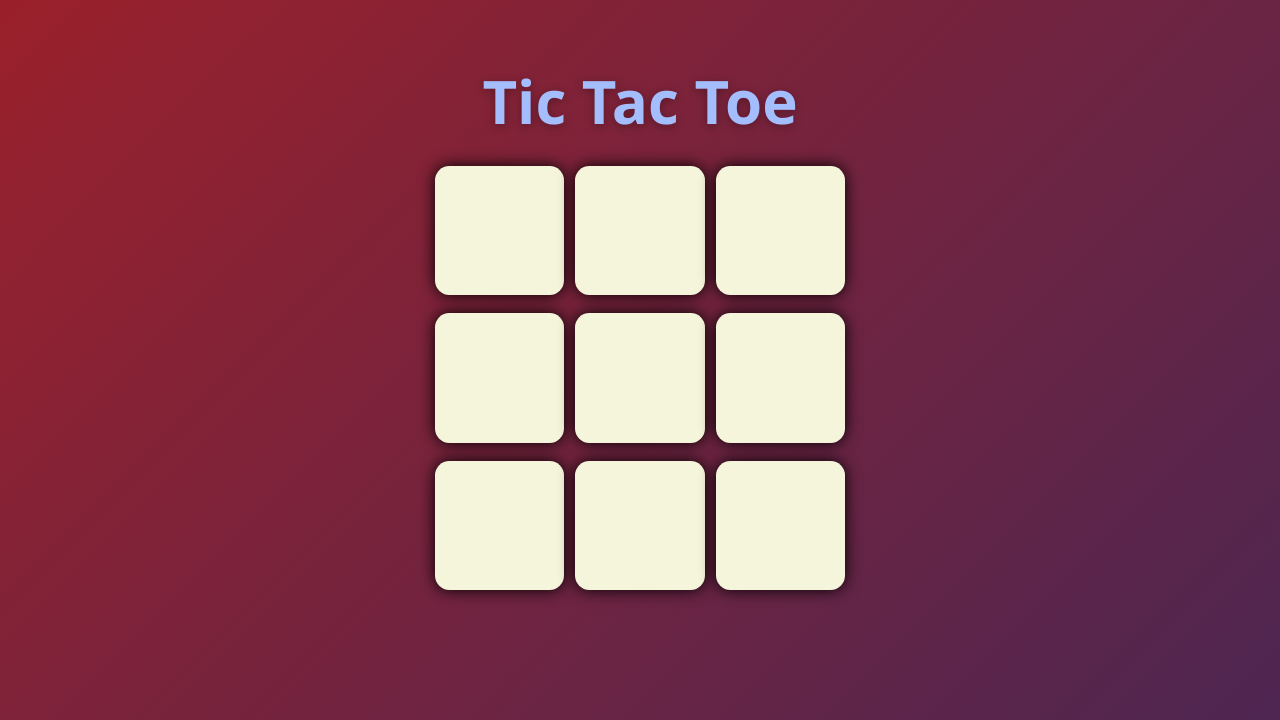
Repository: AreezAnsari/Tic-Tac-Toe
Page: Game/Game.html
An editor plug-in stored every save of this project. The page is shown before and after the next save, followed by the edit.
The browser window is 1280 px wide. The pictures show the whole page.

Above is the page before, as saved 2025-07-22 07:22:07.
Console error: TypeError: box.addEventListener is not a function

### Game/Game.html
<!DOCTYPE html>
<html lang="en">
<head>
    <meta charset="UTF-8">
    <meta name="viewport" content="width=device-width, initial-scale=1.0">
    <title>Document</title>
    <link rel="stylesheet" href="Game.css">
</head>
<body>

    <div class="msg-container hide">
        <p class="msg">Winner</p>
        <button class="new-btn">New Game</button>
    </div>    <main>
        <h1>Tic Tac Toe</h1>
    <div class="container">
        <div class="game">
        <button class="box"></button>
        <button class="box"></button>
        <button class="box"></button>
        <button class="box"></button>
        <button class="box"></button>
        <button class="box"></button>
        <button class="box"></button>
        <button class="box"></button>
        <button class="box"></button>
        </div>
        </div>
        <button class="reset-btn hide">Reset</button>
    </main>
    <script src="Game.js"></script>
</body>
</html>

### Game/Game.css
/* Reset and Base Styling */
* {
  margin: 0;
  padding: 0;
  box-sizing: border-box;
}

body {
  text-align: center;
  background: linear-gradient(135deg, #1a2a6c, #b21f1f, #1a2a6c);
  background-size: 400% 400%;
  animation: gradientBG 15s ease infinite;
  font-family: 'Segoe UI', Tahoma, Geneva, Verdana, sans-serif;
  min-height: 100vh;
  position: relative;
  padding-top: 60px;
  color: white;
}

@keyframes gradientBG {
  0% { background-position: 0% 50%; }
  50% { background-position: 100% 50%; }
  100% { background-position: 0% 50%; }
}

h1 {
  color: #A4BDFC;
  font-size: 60px;
  padding-bottom: 20px;
  text-shadow: 0 2px 10px rgba(0,0,0,0.3);
}

.container {
  display: flex;
  flex-direction: column;
  align-items: center;
  justify-content: center;
  height: auto;
}

.game {
  height: 60vmin;
  width: 60vmin;
  gap: 1.5vmin;
  display: flex;
  flex-wrap: wrap;
  align-items: center;
  justify-content: center;
}

.box {
  color: black;
  background-color: beige;
  height: 18vmin;
  width: 18vmin;
  font-weight: bolder;
  font-size: xxx-large;
  border: none;
  border-radius: 2vmin;
  box-shadow: 0 0 1rem rgb(0, 0, 1);
  cursor: pointer;
  transition: all 0.3s ease;
}

.box:hover {
  color: #ff0000;
  transform: translateY(-2px);
}

.box:active {
  transform: scale(0.98);
}

.reset-btn,
.new-btn {
  align-items: center;
  padding: 1vmin;
  font-size: 2.5vmin;
  font-weight: bold;
  background-color: black;
  color: white;
  border-radius: 1vmin;
  width: 20vmin;
  height: 7vmin;
  margin-top: 2vmin;
  cursor: pointer;
  transition: all 0.3s ease;
}

.reset-btn:hover,
.new-btn:hover {
  color: red;
  transform: translateY(-2px);
}

.reset-btn:active,
.new-btn:active {
  transform: scale(0.98);
}

.msg-container {
  position: absolute;
  top: 10px;
  left: 50%;
  transform: translateX(-50%);
  padding: 10px 20px;
  background-color: rgba(0, 0, 0, 0.4);
  border-radius: 10px;
  z-index: 10;
  backdrop-filter: blur(5px);
  box-shadow: 0 4px 15px rgba(0, 0, 0, 0.3);
  transition: all 0.3s ease;
}

.msg {
  font-size: 5vmin;
  color: beige;
}

.hide {
  display: none;
}

.box.win {
  animation: pulse 1.5s infinite;
  background: #2ecc71;
  color: white;
}

@keyframes pulse {
  0% { transform: scale(1); }
  50% { transform: scale(1.1); }
  100% { transform: scale(1); }
}

### Game/Game.js
let box = document.querySelectorAll(".box");
let button = document.querySelector("button");
let container = document.querySelector(".container");

let value = "X";

const btn = () => {
  if (value === "X") {
    button.innerHTML = "Y";
    Value = "Y";
  } else {
    button.innerText = "X";
    Value = "X";
  }
};

box.addEventListener("click", btn);

After the next save:
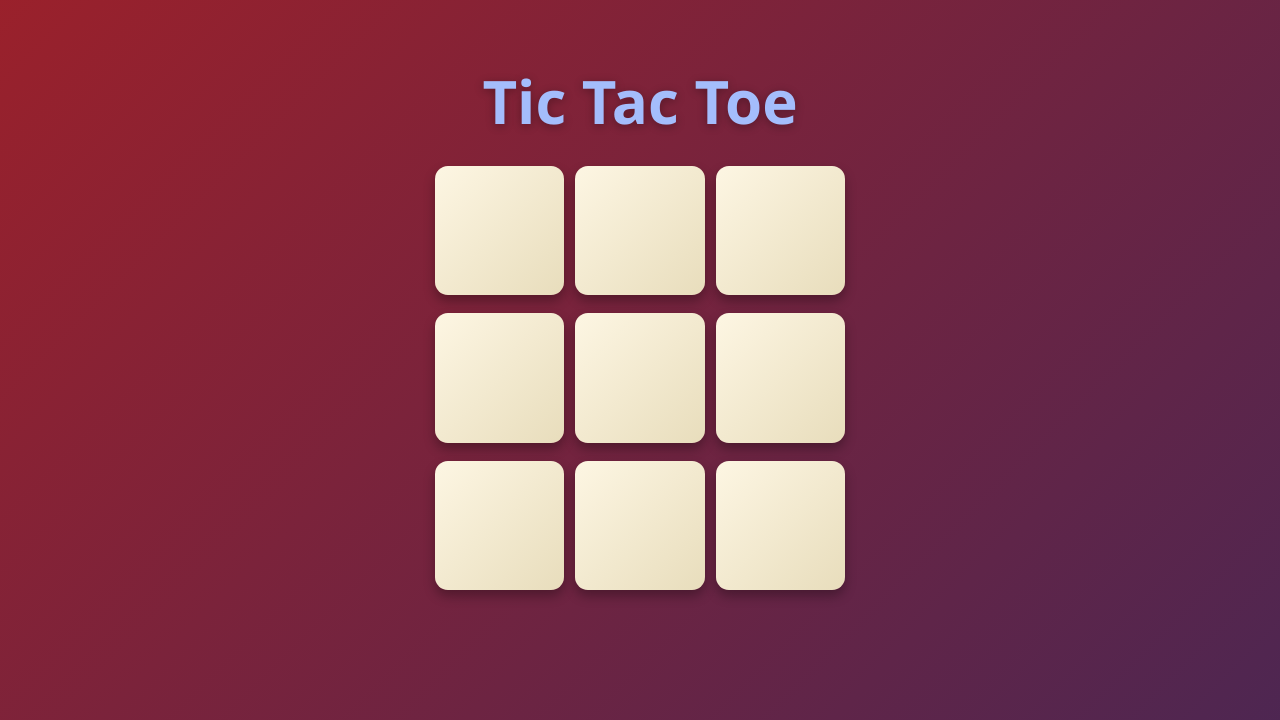
Saved 2 min 50 s later.
--- a/Game/Game.css
+++ b/Game/Game.css
@@ -48,27 +48,41 @@
   justify-content: center;
 }
 
+/* SLIDE-DOWN KEYFRAME */
+@keyframes slideDown {
+  0% {
+    opacity: 0;
+    transform: translateY(-50px);
+  }
+  100% {
+    opacity: 1;
+    transform: translateY(0);
+  }
+}
+
+/* UPDATED BOX STYLE */
 .box {
-  color: black;
-  background-color: beige;
+  color: #2c3e50;
+  background: linear-gradient(to bottom right, #fdf6e3, #e8ddbc);
   height: 18vmin;
   width: 18vmin;
-  font-weight: bolder;
+  font-weight: bold;
   font-size: xxx-large;
   border: none;
-  border-radius: 2vmin;
-  box-shadow: 0 0 1rem rgb(0, 0, 1);
+  border-radius: 1.8vmin;
+  box-shadow: 0 6px 12px rgba(0, 0, 0, 0.3);
   cursor: pointer;
   transition: all 0.3s ease;
+  animation: slideDown 0.6s ease;
 }
 
 .box:hover {
-  color: #ff0000;
-  transform: translateY(-2px);
+  color: #e74c3c;
+  transform: translateY(-4px);
 }
 
 .box:active {
-  transform: scale(0.98);
+  transform: scale(0.96);
 }
 
 .reset-btn,

After the 3 saves that followed:
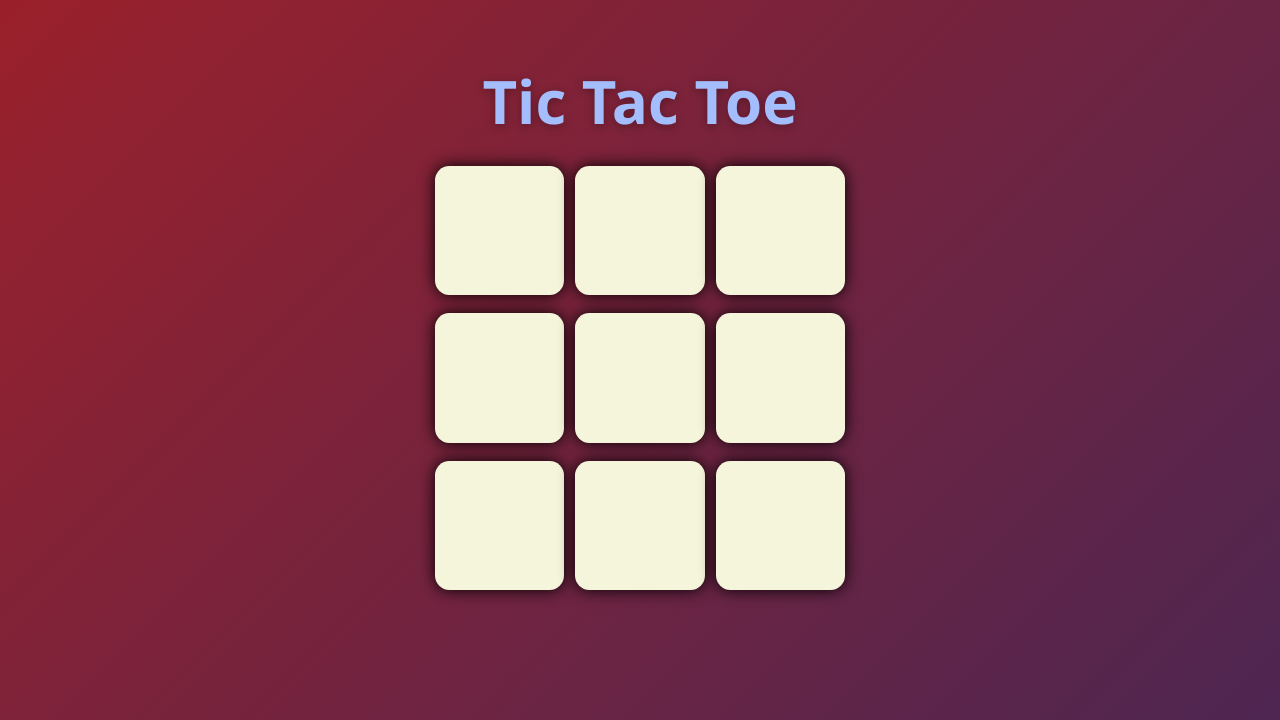
The 3 saves are shown as one change because 2 left the picture as it was.
The last was saved 97 s later.
--- a/Game/Game.css
+++ b/Game/Game.css
@@ -48,41 +48,27 @@
   justify-content: center;
 }
 
-/* SLIDE-DOWN KEYFRAME */
-@keyframes slideDown {
-  0% {
-    opacity: 0;
-    transform: translateY(-50px);
-  }
-  100% {
-    opacity: 1;
-    transform: translateY(0);
-  }
-}
-
-/* UPDATED BOX STYLE */
 .box {
-  color: #2c3e50;
-  background: linear-gradient(to bottom right, #fdf6e3, #e8ddbc);
+  color: black;
+  background-color: beige;
   height: 18vmin;
   width: 18vmin;
-  font-weight: bold;
+  font-weight: bolder;
   font-size: xxx-large;
   border: none;
-  border-radius: 1.8vmin;
-  box-shadow: 0 6px 12px rgba(0, 0, 0, 0.3);
+  border-radius: 2vmin;
+  box-shadow: 0 0 1rem rgb(0, 0, 1);
   cursor: pointer;
   transition: all 0.3s ease;
-  animation: slideDown 0.6s ease;
 }
 
 .box:hover {
-  color: #e74c3c;
-  transform: translateY(-4px);
+  color: #ff0000;
+  transform: translateY(-2px);
 }
 
 .box:active {
-  transform: scale(0.96);
+  transform: scale(0.98);
 }
 
 .reset-btn,
